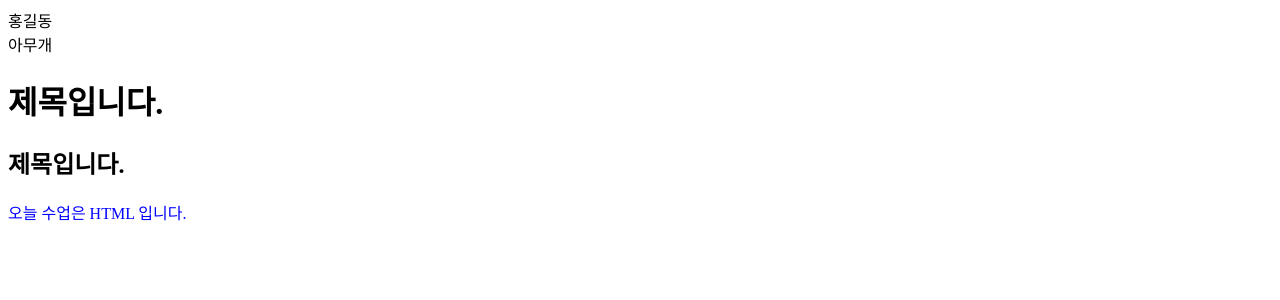
Repository: HongTaeHun337/HTML-CSS-JavaScript-
Page: html/HtmlTest/src/main/webapp/ex03.html
These files come from the project's save history. The page is drawn as it stood at one moment and after the next save; the edit follows.
The browser window is 1280 px wide. The pictures show the whole page.

Above is the page before, as saved 2026-02-12 06:15:57.

### html/HtmlTest/src/main/webapp/ex03.html
<!DOCTYPE html>
<html>
<head>
<meta charset="UTF-8">
<title>Insert title here</title>
</head>
<body>
	<!-- ex03.html -->
	<!--

		HTML 수업 = XML 수업 > ML 언어


		HTML 구성 요소

		1. 태그(Tag), 요소(Element)
		2. 특성(Attribute)
		3. 텍스트(PCDATA)
		4. 주석(Comment)
		--------------------------
		5. 선언문(Declaration)
		6. 엔티티(Entity)
		7. 외부 요소
		8. 등등..


		1. 태그(Tag), 요소(Element)
		- 명령어를 <>로 묶어 놓은 요소
		- HTML 문서에서 골격(뼈대)을 만드는 역할(레이아웃 생성) a
		- 데이터를 화면에 출력하는 역할 b
		- 각 태그마다 역할 부여 > 출력되는 결과 or 기능 or 의미가 다르다.

		1.1 HTML 태그 표현
			a. <태그명>내용물</태그명>
				- 내용물을 가지는 태그
				- 쌍태그
				- <태그명>: 시작 태그
				- </태그명>: 끝 태그

			b. <태그명>, <태그명 />, <태그명></태그명>
				- 내용물이 없는 태그
				- 단독태그, 빈태그

		1.2 태그 내용물의 형식, Content Type
			- <태그명>내용물</태그명>
			a. 자식태그
				- 또 다른 태그들이 내용물로 온다.
				- 문자열을 올 수 없다.

			b. PCDATA, Parsed Character Data, 문자열
				- 문자열만 올 수 있다.
				- 자식 태그들을 가질 수 없다.

			c. Empty
				- 아무것도 가지지 않는다. > 단독 태그, 빈태그

			d. Mixed, 혼합용
				- a + b + c
				- 자식으로 태그와 문자열을 모두 가질 수 있다.
				- 대다수의 태그는 혼합형이다.

		2. 특성(Attribute)
		- 태그가 가지는 데이터
		- 역할: 태그가 가지는 성질을 표현하는 데이터

		3. 텍스트(PCDATA)
		- 태그가 가지는 데이터
		- 역할: 화면에 출력되는 데이터





		요구사항] 학생 정보를 저장할 파일을 생성하시오.
		- 이름, 나이, 주소
		a. student.txt > csv = 구조(O) + 의미(X)
		b. student.xml > 구조(O) + 의미(O)

	 -->

	 <div>홍길동</div>
	 <div>아무개</div>

	 <h1>제목입니다.</h1>
	 <h2>제목입니다.</h2>

	 <font color = "blue" face ="궁서체">오늘 수업은 HTML 입니다.</font>

</body>
</html>

After the next save:
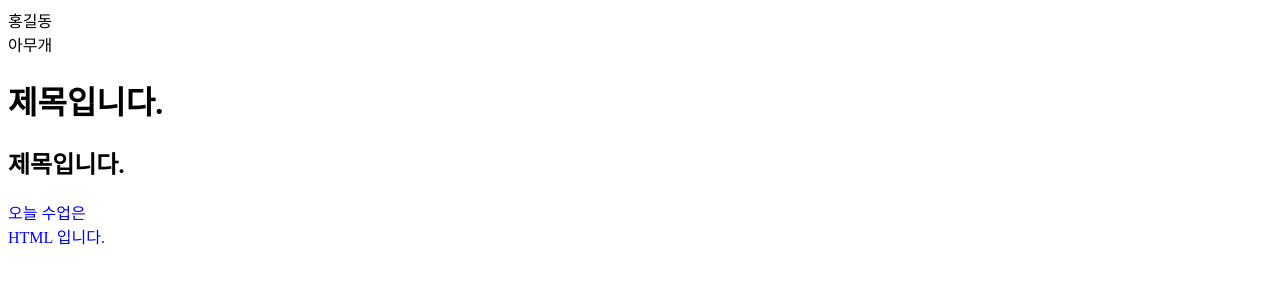
Saved 2 min 33 s later.
--- a/html/HtmlTest/src/main/webapp/ex03.html
+++ b/html/HtmlTest/src/main/webapp/ex03.html
@@ -62,10 +62,12 @@
 		2. 특성(Attribute)
 		- 태그가 가지는 데이터
 		- 역할: 태그가 가지는 성질을 표현하는 데이터
+		- 속성값(CDATA): 파싱을 안함(문법 검사 안함)
 
 		3. 텍스트(PCDATA)
 		- 태그가 가지는 데이터
 		- 역할: 화면에 출력되는 데이터
+		- 파싱을 함(문법 검사 함)
 
 
 
@@ -84,7 +86,7 @@
 	 <h1>제목입니다.</h1>
 	 <h2>제목입니다.</h2>
 
-	 <font color = "blue" face ="궁서체">오늘 수업은 HTML 입니다.</font>
+	 <font color = "blue" face ="궁서체">오늘 수업은 <br>HTML 입니다.</font>
 
 </body>
 </html>
